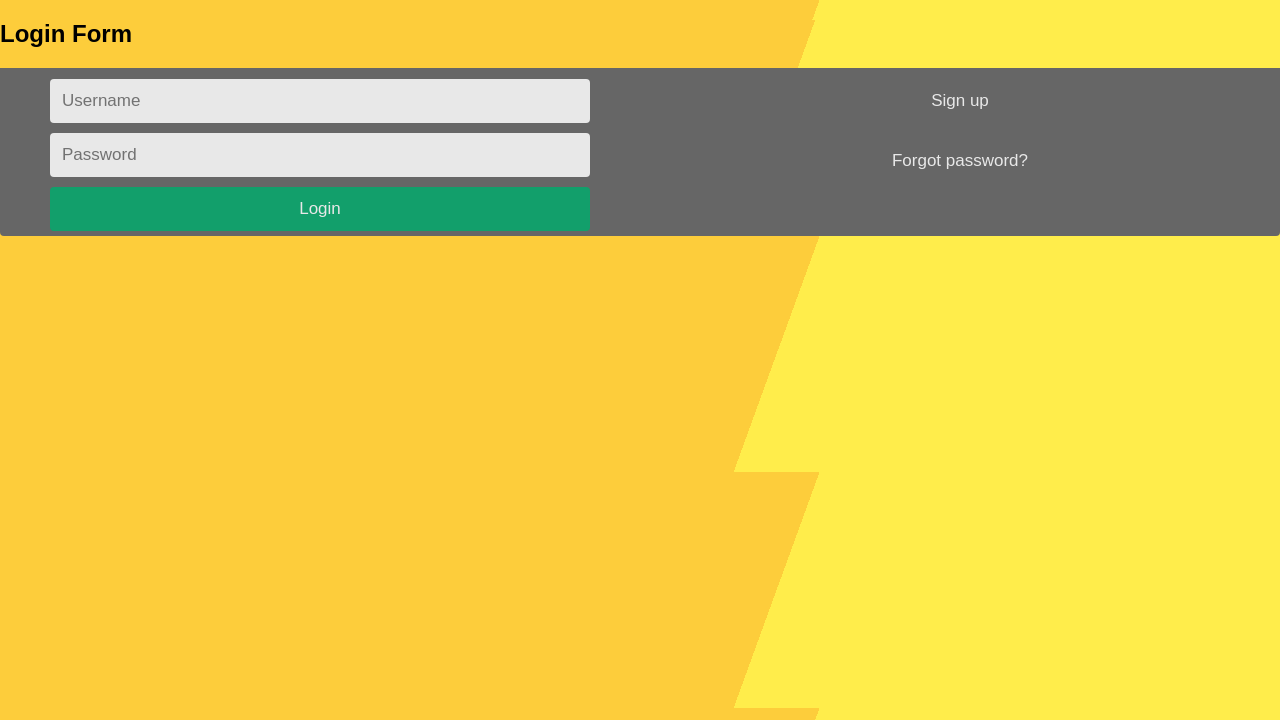
Repository: JohnRudolph1/Movie-Blog
Page: html/login.html
The author's editor kept a copy of each file at every save. The page is drawn from the files as they stood at one save, then again after the next save.
The browser window is 1280 px wide. The pictures show the whole page.

Above is the page before, as saved 2022-01-03 11:45:00.

After the next save:
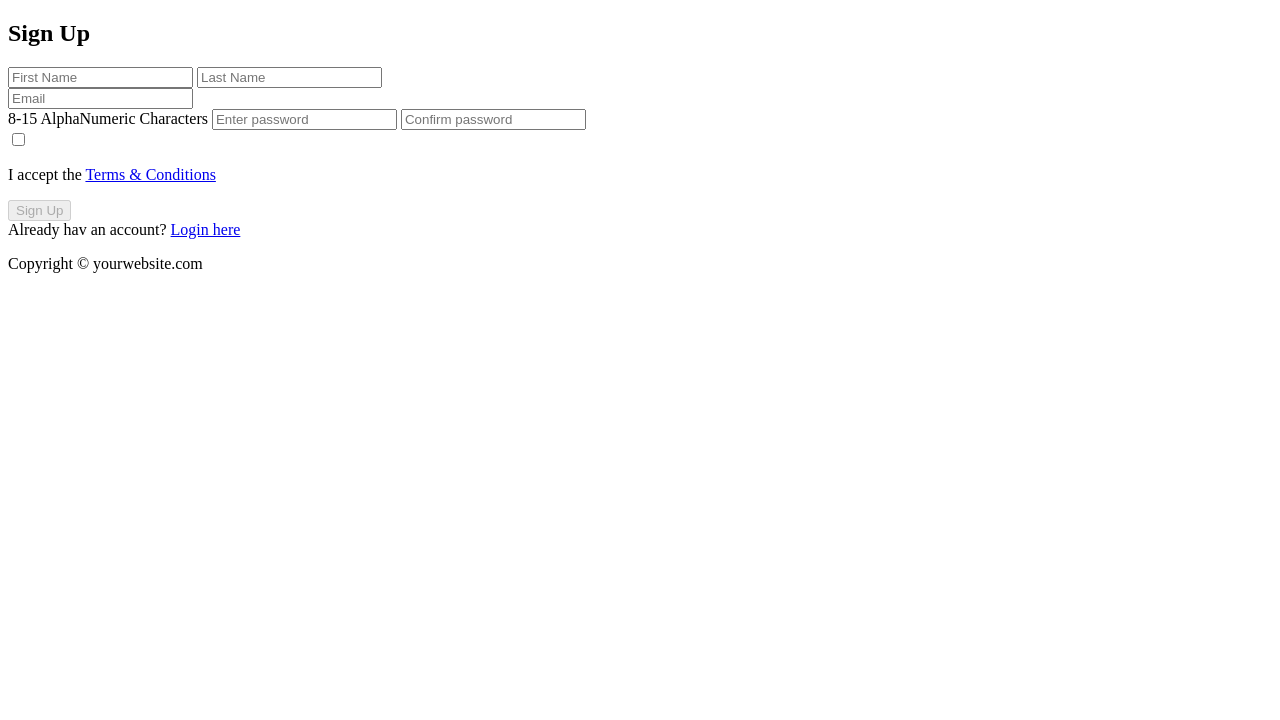
Saved 67 s later.
--- a/html/login.html
+++ b/html/login.html
@@ -1,38 +1,61 @@
 <!DOCTYPE html>
-<html>
+<html lang="en">
+
 <head>
-<meta name="viewport" content="width=device-width, initial-scale=1">
-<link rel="stylesheet" href="https://cdnjs.cloudflare.com/ajax/libs/font-awesome/4.7.0/css/font-awesome.min.css">
-<link rel="stylesheet" href="../css/login.css">
+    <meta charset="UTF-8">
+    <meta http-equiv="X-UA-Compatible" content="IE=edge">
+    <meta name="viewport" content="width=device-width, initial-scale=1.0">
+    <title>Sign Up Page </title>
+
+
+
 
 </head>
+
 <body>
 
-<h2>Login Form</h2>
-      <div class="col">
-        <div class="hide-md-lg">
+    <div class="container">
+        <h2>Sign Up</h2>
 
-        </div>
+        <form action="">
+            <div class="form-item-username">
+                <input type="text" name="firstName" id="firstName" placeholder="First Name">
+                <input type="text" name="lastName" id="lastName" placeholder="Last Name">
+            </div>
 
-        <input type="text" name="username" placeholder="Username" required>
-        <input type="password" name="password" placeholder="Password" required>
-        <input type="submit" value="Login">
-      </div>
+            <div class="form-item">
+                <input type="email" name="email" id="email" placeholder="Email">
+            </div>
 
+            <div class="form-item">
+                <!-- add a password format display -->
+                <span class="pwd-format">
+                    8-15 AlphaNumeric Characters
+                </span>
+                <input type="password" name="password" id="password" placeholder="Enter password">
+                <input type="password" name="confirmPassword" id="confirmPassword" placeholder="Confirm password">
+            </div>
+
+            <div class="accept-box">
+                <input type="checkbox" name="accept" id="accept">
+                <p>I accept the <a href="#">Terms & Conditions</a></p>
+            </div>
+
+            <div class="form-btns">
+                <button class="signup" type="submit" disabled>Sign Up</button>
+                <div class="options">
+                    Already hav an account? <a href="#">Login here</a>
+                </div>
+            </div>
+
+        </form>
+        <p>Copyright &copy; yourwebsite.com</p>
     </div>
-  </form>
-</div>
 
-<div class="bottom-container">
-  <div class="row">
-    <div class="col">
-      <a href="signUp.html" style="color:white" class="btn">Sign up</a>
-    </div>
-    <div class="col">
-      <a href="forgot.html" style="color:white" class="btn">Forgot password?</a>
-    </div>
-  </div>
-</div>
+
+
+
 
 </body>
+
 </html>
